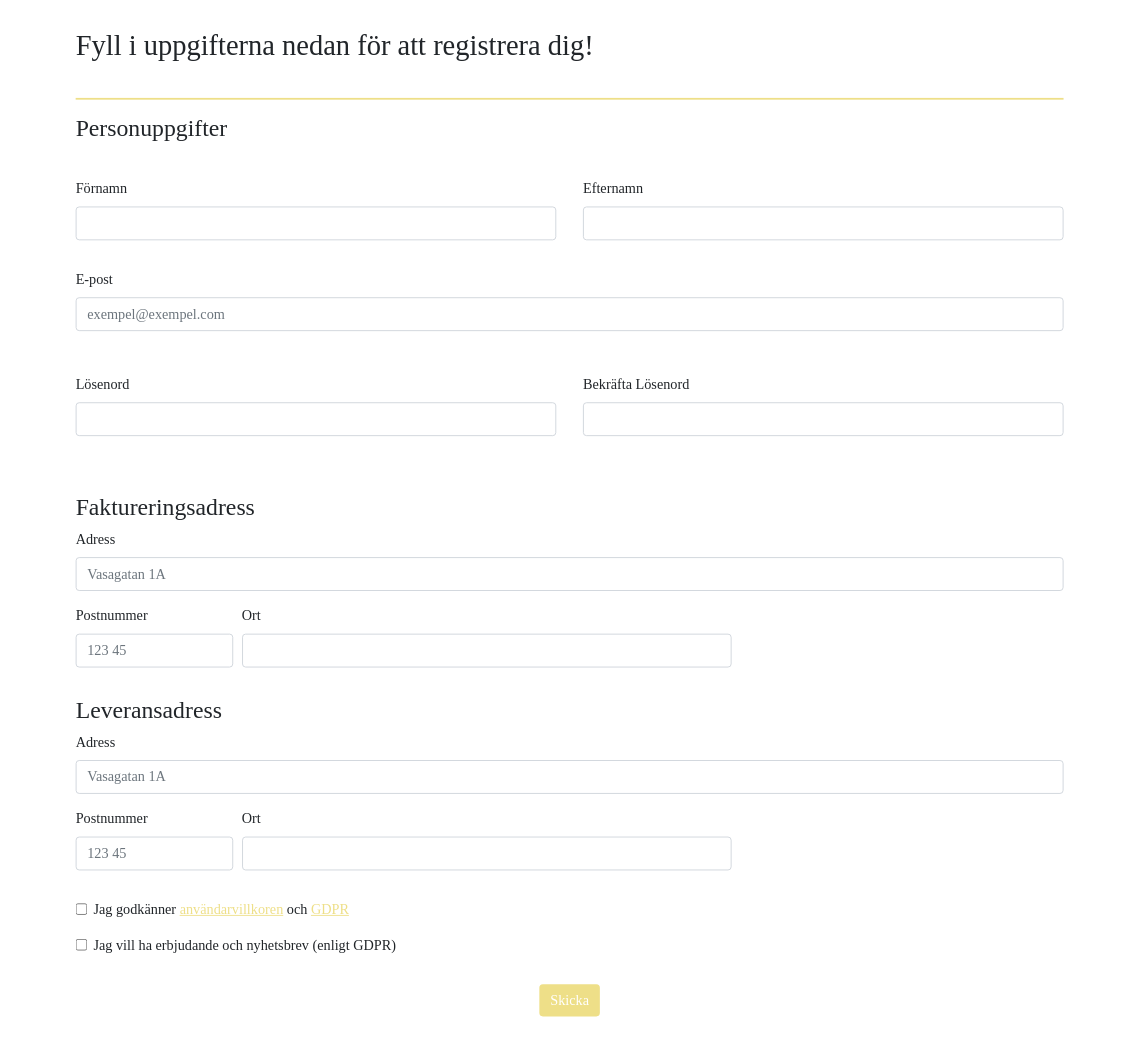
Repository: skepp4rn/Liamsuppgift3
Page: index.html
These files come from the project's save history. The page is drawn as it stood at one moment and after the next save; the edit follows.
The browser window is 1280 px wide. The pictures show the whole page, at 89% of full size.
Some web libraries are served in a nearby version.

Above is the page before, as saved 2020-12-06 13:26:05.
Console error (its wording comes from the project's code and is left out).

After the next save:
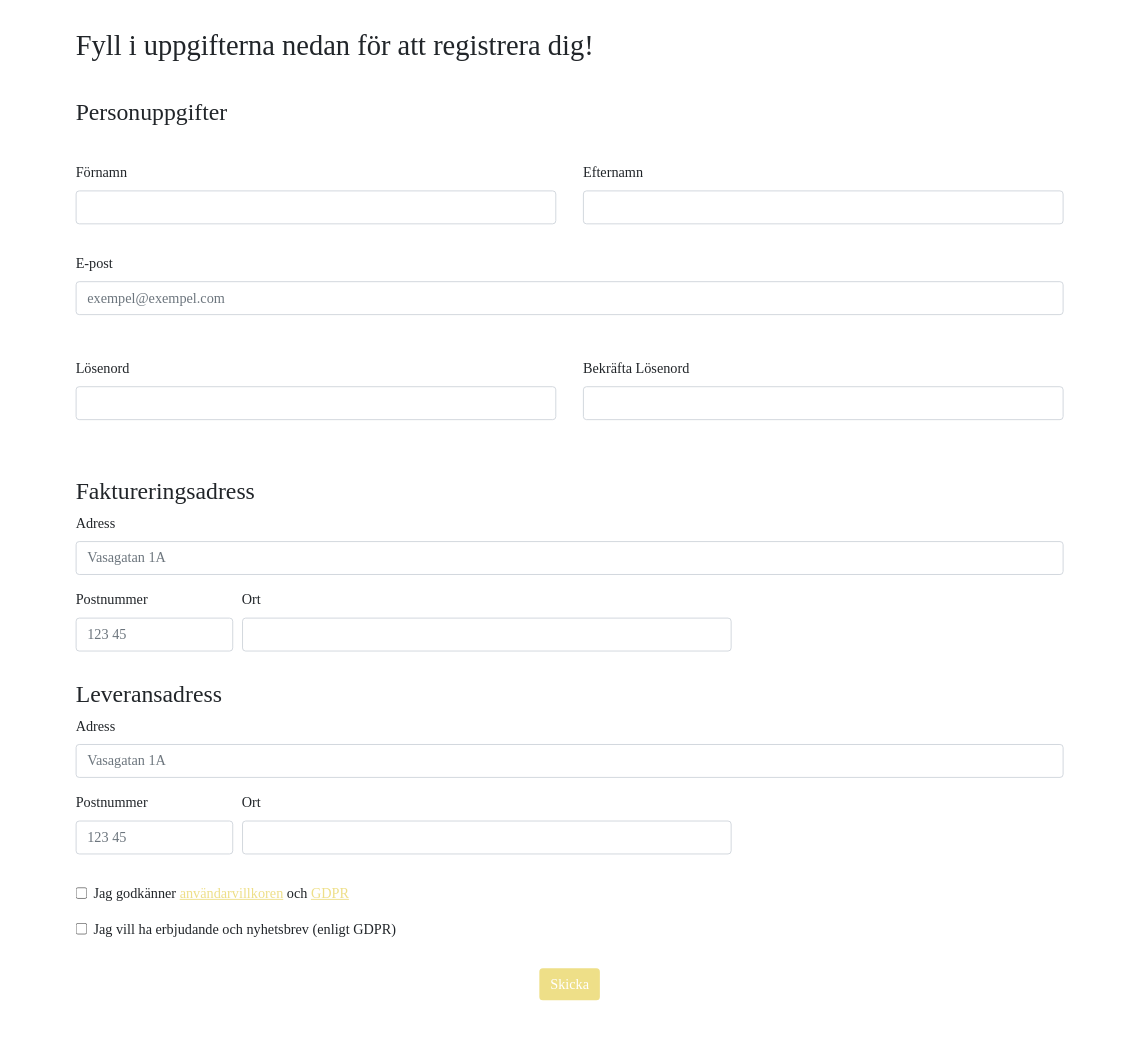
Saved 3 s later.
--- a/index.html
+++ b/index.html
@@ -19,7 +19,7 @@
 
 
     <form class="container" oninput='up2.setCustomValidity(up2.value != up.value ? "Passwords do not match." : "")'>
-        <div class="line"></div>
+        <div class="line1"></div>
         <div>
             <h3>Personuppgifter</h3>
         </div>

After the save that followed:
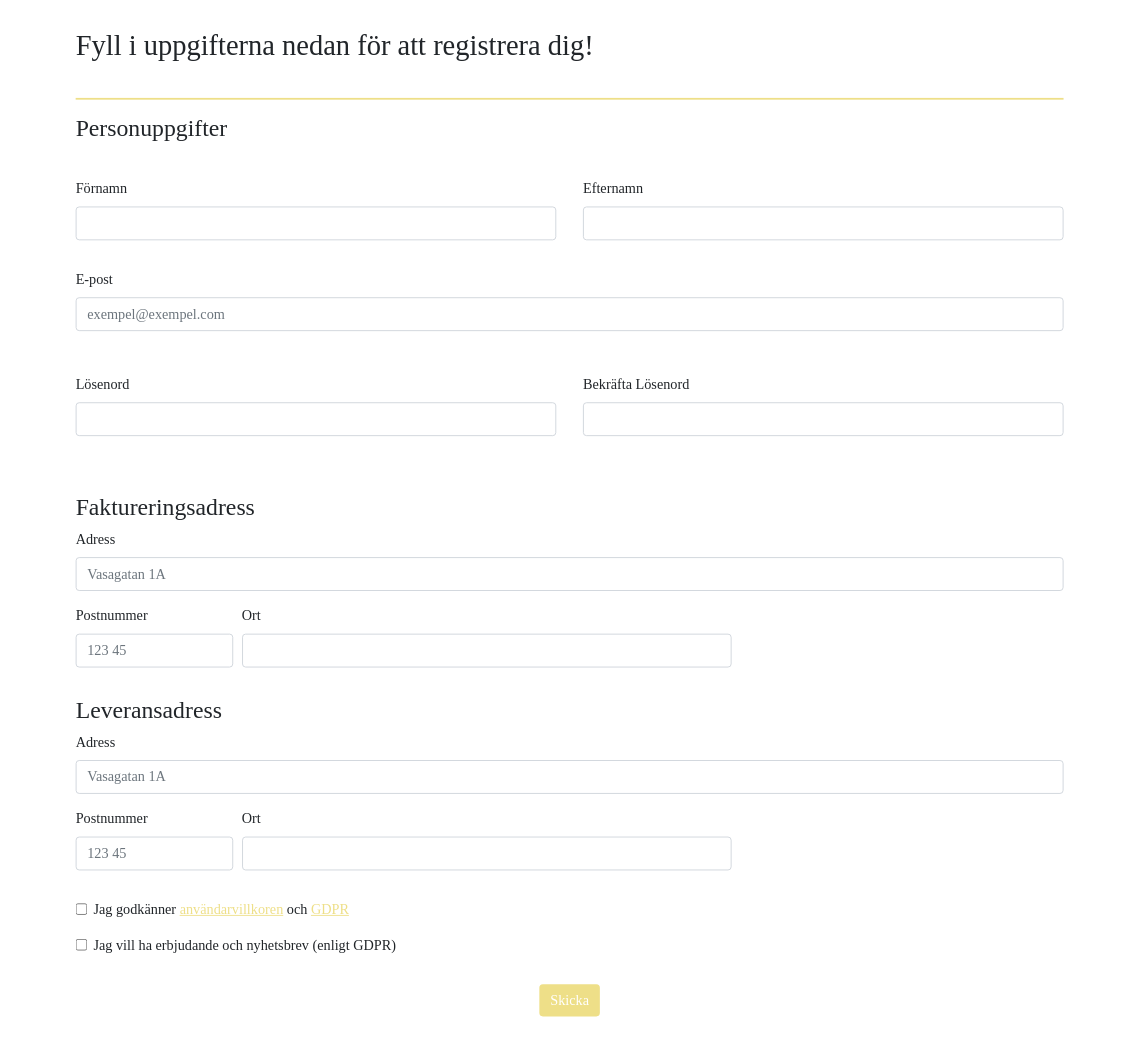
Saved 20 s later.
--- a/css/style.css
+++ b/css/style.css
@@ -20,12 +20,12 @@ h3{font-size:20pt}.container{width:95vw;margin:auto}
 #exampleInputPassword2{color:grey}
 .button-center{padding-top:1rem;display:flex;justify-content:center}
 .colorbutton{background-color:#eedf88;border:none}
-.line{height:2px;background-color:#eedf88;margin-bottom:1rem}
+.line1{height:2px;background-color:#eedf88;margin-bottom:1rem}
 .bottenspace{margin-bottom:2rem}
 .linktext{color:#eedf88;text-decoration:underline}
-.tacktack{border:2px solid #eedf88;border-radius:10px;display:grid;grid-template-columns:1fr;grid-template-rows:3fr 1fr;justify-items:center;margin-top:8rem}
-.tackruta{text-align:center;padding:2rem}
-.tillbaka{background-color:#eedf88;border-radius:8px;text-align:center;width:40vw;height:7vw}
+.thanks{border:2px solid #eedf88;border-radius:10px;display:grid;grid-template-columns:1fr;grid-template-rows:3fr 1fr;justify-items:center;margin-top:8rem}
+.thankyou{text-align:center;padding:2rem}
+.closepage{background-color:#eedf88;border-radius:8px;text-align:center;width:40vw;height:7vw}
 .tillbaka a{color:#ffffff;text-decoration:none}
 .home{text-align:center}
 .centrerade{display:grid;grid-template-columns:1fr;grid-template-rows:27fr 1fr;justify-items:center;margin:auto}
